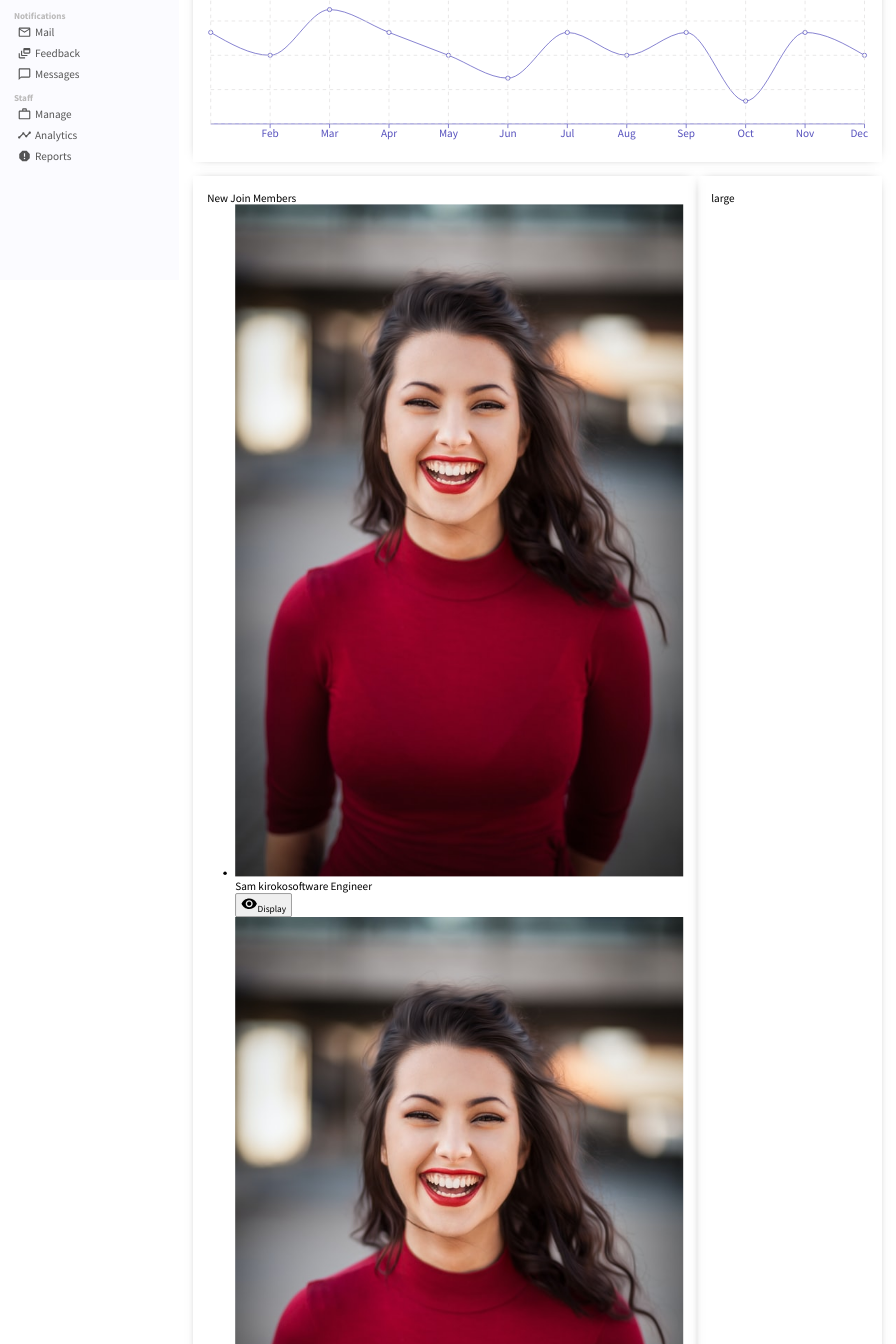
Repository: Samkiroko/admin-panel-ui
Page: /
These files come from the project's save history. The page is drawn as it stood at one moment and after the next save; the edit follows.
The browser window is 1280 px wide. The pictures show the part of the page from y = 330 to 2250 px (the page is 6770 px tall before and 6530 px after), at 70% of full size.
The project was rebuilt for these pictures with package versions that can differ from the ones it lists, and the page was loaded fresh each time.

Above is the page before, as saved 2021-09-22 21:51:48.

After the next save:
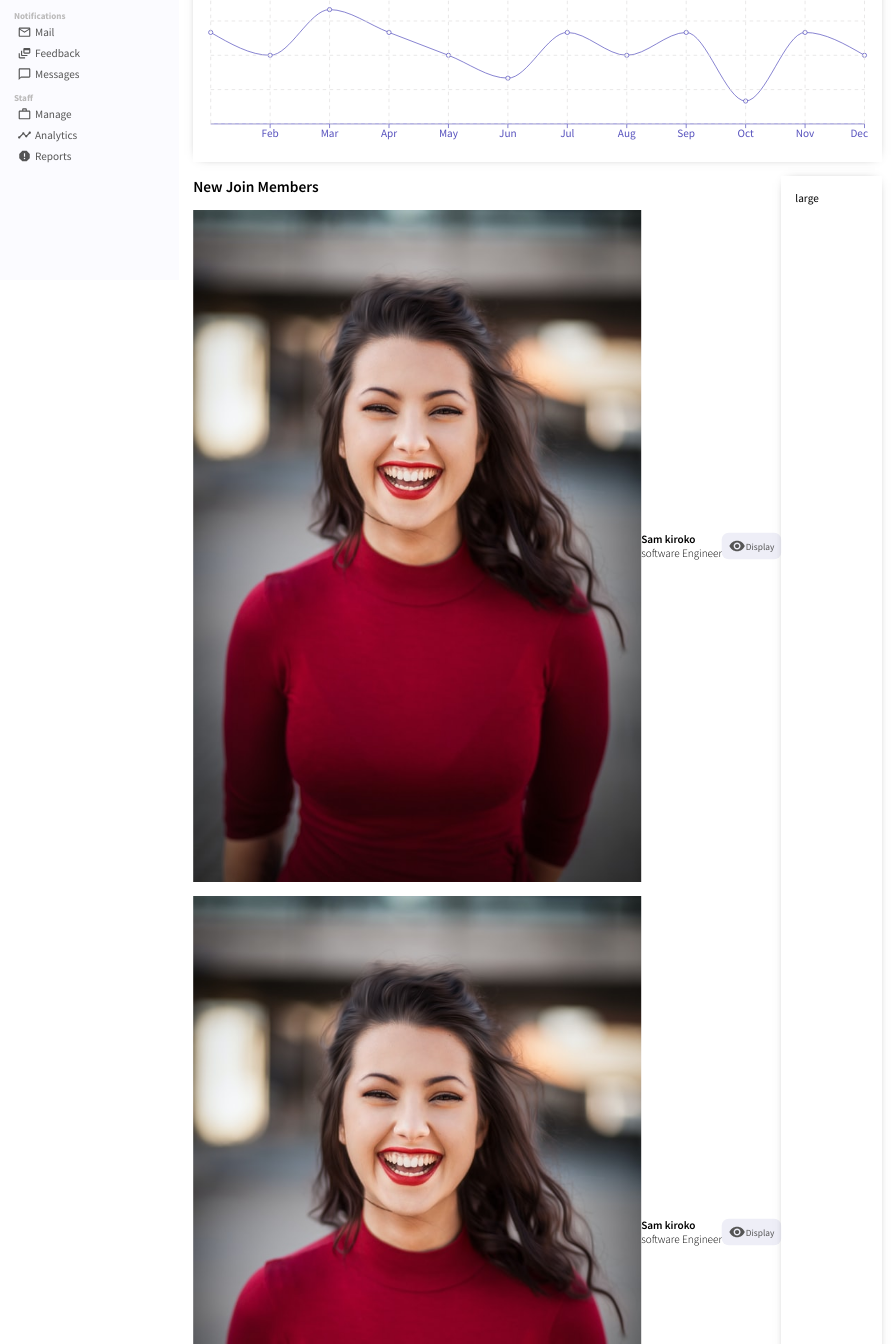
Saved 33 s later.
--- a/src/components/widgetSm/widgetSm.css
+++ b/src/components/widgetSm/widgetSm.css
@@ -1,6 +1,61 @@
-.widgetSg {
+.widgetSm {
     flex: 1;
-    padding: 20px;
     -webkit-box-shadow: 0px 0px 15px -10px rgba(0, 0, 0, 0.75);
     box-shadow: 0px 0px 15px -10px rgba(0, 0, 0, 0.75);
+    padding: 20px;
+    margin-right: 20px;
 }
+
+.widgetSmTitle {
+    font-size: 22px;
+    font-weight: 600;
+}
+
+.widgetSmImg {
+    width: 40px;
+    height: 40px;
+    border-radius: 50%;
+    object-fit: cover;
+}
+
+.widgetSmList {
+    margin: 0;
+    padding: 0;
+    list-style: none;
+}
+
+.widgetSmListItem {
+    display: flex;
+    align-items: center;
+    justify-content: space-between;
+    margin: 20px 0px;
+}
+
+.widgetSmUser {
+    display: flex;
+    flex-direction: column;
+}
+
+.widgetSmUsername {
+    font-weight: 600;
+}
+
+.widgetSmUserTitle {
+    font-weight: 300;
+}
+
+.widgetSmButton {
+    display: flex;
+    align-items: center;
+    border: none;
+    border-radius: 10px;
+    padding: 7px 10px;
+    background-color: #eeeef7;
+    color: #555;
+    cursor: pointer;
+}
+
+.widgetSmIcon {
+    font-size: 16px !important;
+    margin-right: 5px;
+}
